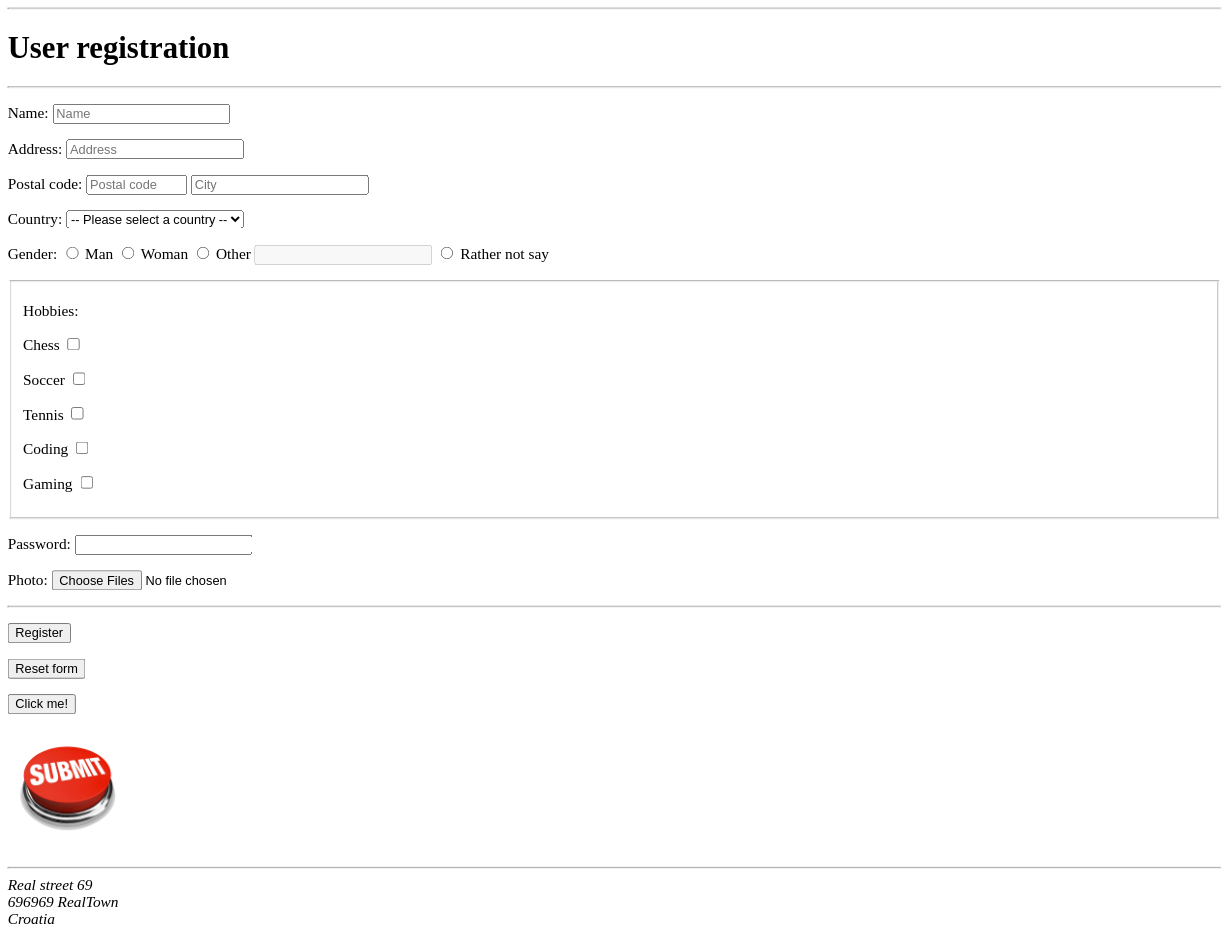
Repository: Filip-Husic/AW_frontend
Page: ex3Forms.html
The author's editor kept a copy of each file at every save. The page is drawn from the files as they stood at one save, then again after the next save.
The browser window is 1280 px wide. The pictures show the whole page, at 96% of full size.

Above is the page before, as saved 2022-11-23 14:17:23.

### ex3Forms.html
<!DOCTYPE html>
<html lang="en">

<head>
    <meta charset="UTF-8">
    <meta http-equiv="X-UA-Compatible" content="IE=edge">
    <meta name="viewport" content="width=device-width, initial-scale=1.0">
    <title>HTML - Forms</title>
</head>

<body>
    <hr>
    <h1>User registration</h1>
    <hr>
    <form id="formRegister" action="process.php" enctype="multipart/form-data">
        <p>
            <label for="name">Name:</label>
            <input type="text" id="name" name="name" maxlength="80" placeholder="Name" required>
        </p>
        <p>
            <label for="address">Address:</label>
            <input type="text" id="address" name="address" maxlength="80" placeholder="Address" required>
        </p>
        <p>
            <label for="pc">Postal code:</label>
            <input type="text" id="pc" name="pc" size="10" maxlength="10" placeholder="Postal code" required>
            <input type="text" id="pc_city" name="pc_city" size="20" maxlength="20" placeholder="City" required>
        </p>
        <p>
            <label for="country">Country:</label>
            <select name="country" id="country">
                <option value="">-- Please select a country --</option>
                <option value="hr">Croatia</option>
                <option value="pt">Portugal</option>
                <option value="sk">Slovakia</option>
                <option value="it">Italy</option>
            </select>
        </p>
        <p>
            Gender:
            <input type="radio" name="gender" id="man" value="M">
            <label for="man">Man</label>
            <input type="radio" name="gender" id="woman" value="F">
            <label for="woman">Woman</label>
            <input type="radio" name="gender" id="other" value="O">
            <label for="other">Other</label>
            <input type="text" name="gender" id="othergender" disabled>
            <input type="radio" name="gender" id="none" value="N">
            <label for="none">Rather not say</label>
        </p>
        <fieldset>
            <p>Hobbies:
            <p>
                <label for="chess">Chess</label>
                <input type="checkbox" name="hobbies" id="chess" value="chess">
            </p>
            <p>
                <label for="soccer">Soccer</label>
                <input type="checkbox" name="hobbies" id="soccer" value="soccer">
            </p>
            <p>
                <label for="tennis">Tennis</label>
                <input type="checkbox" name="hobbies" id="tennis" value="tennis">
            </p>
            <p>
                <label for="coding">Coding</label>
                <input type="checkbox" name="hobbies" id="coding" value="coding">
            </p>
            <p>
                <label for="gaming">Gaming</label>
                <input type="checkbox" name="hobbies" id="gaming" value="gaming">
            </p>
            </p>
        </fieldset>
        <p>
            <label for="password">Password:</label>
            <input type="password" id="password" name="password">
        </p>
        <p>
            <label for="photo">Photo:</label>
            <input type="file" name="photo" id="photo" multiple accept="image/png, image/jpeg">
        </p>
        <p>
            <label for="date_birth"></label>
        </p>
        <hr>
        <p>
            <button type="submit" id="btSubmit" name="btSubmit">Register</button>
        </p>
        <p>
            <input type="reset" id="btReset" name="btReset" value="Reset form"></input>
        </p>
        <p>
            <input type="button" id="btButton" name="btButton" value="Click me!"></input>
        </p>
        <p>
            <input type="image" src="img/submit.png" id="btImage" name="btImage" width="10%">
        </p>
        <hr>
    </form>
    <address>
        Real street 69 <br>
        696969 RealTown <br>
        Croatia <br>
    </address>
    <script>

        document.getElementById("other").onclick = function () {

            document.getElementById("othergender").disabled = false;

            document.getElementById("othergender").focus;

        }

        document.getElementById("man").onclick = function () {

            document.getElementById("othergender").disabled = true;

            document.getElementById("othergender").value = "";

        }

        document.getElementById("woman").onclick = function () {

            document.getElementById("othergender").disabled = true;

            document.getElementById("othergender").value = "";

        }

        document.getElementById("none").onclick = function () {

            document.getElementById("othergender").disabled = true;

            document.getElementById("othergender").value = "";

        }
        document.getElementById("btButton").onclick = function () {

            document.getElementById("formRegister").submit();
        }
    </script>
</body>

</html>

After the next save:
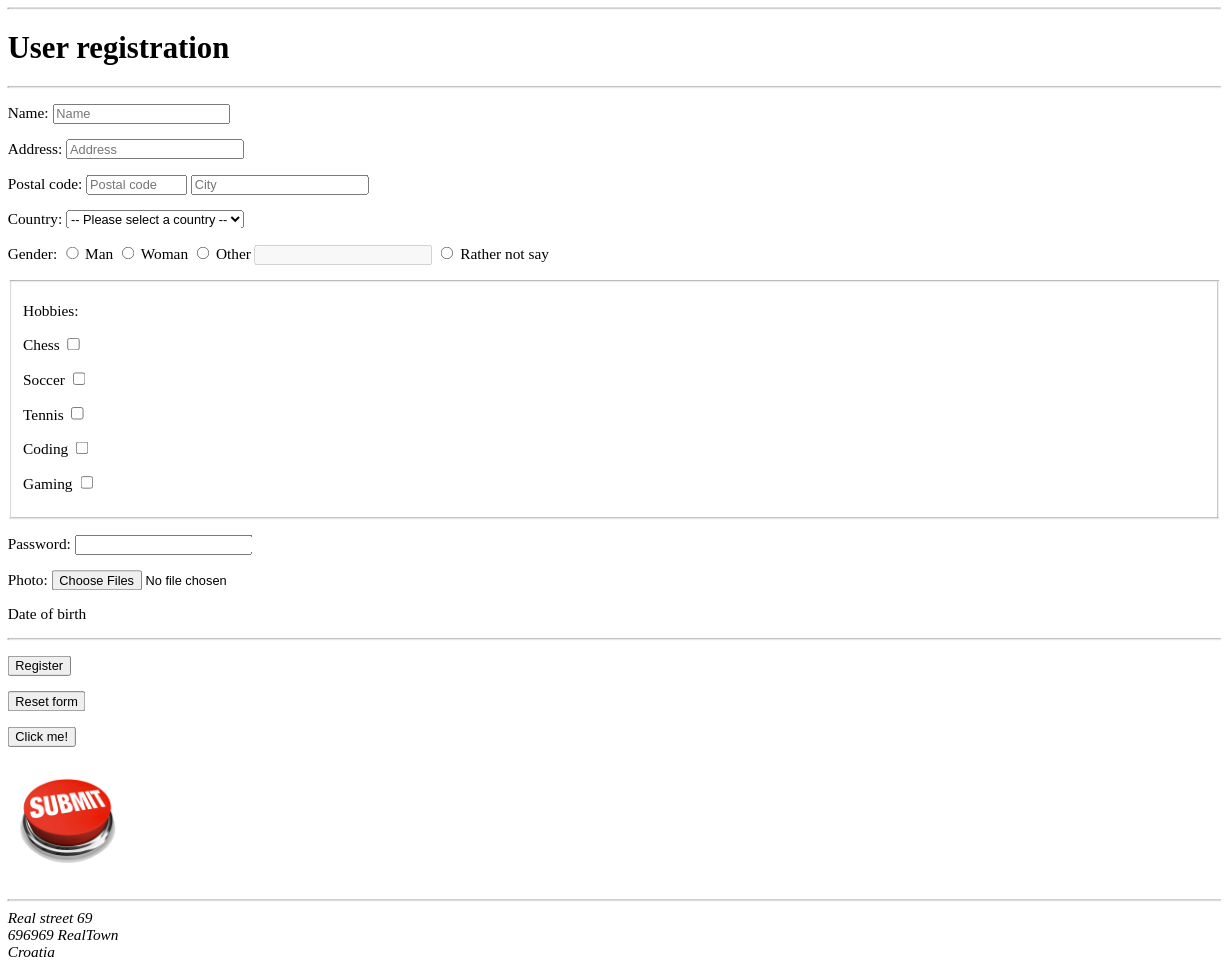
Saved 6 s later.
--- a/ex3Forms.html
+++ b/ex3Forms.html
@@ -81,7 +81,7 @@
             <input type="file" name="photo" id="photo" multiple accept="image/png, image/jpeg">
         </p>
         <p>
-            <label for="date_birth"></label>
+            <label for="date_birth">Date of birth</label>
         </p>
         <hr>
         <p>
